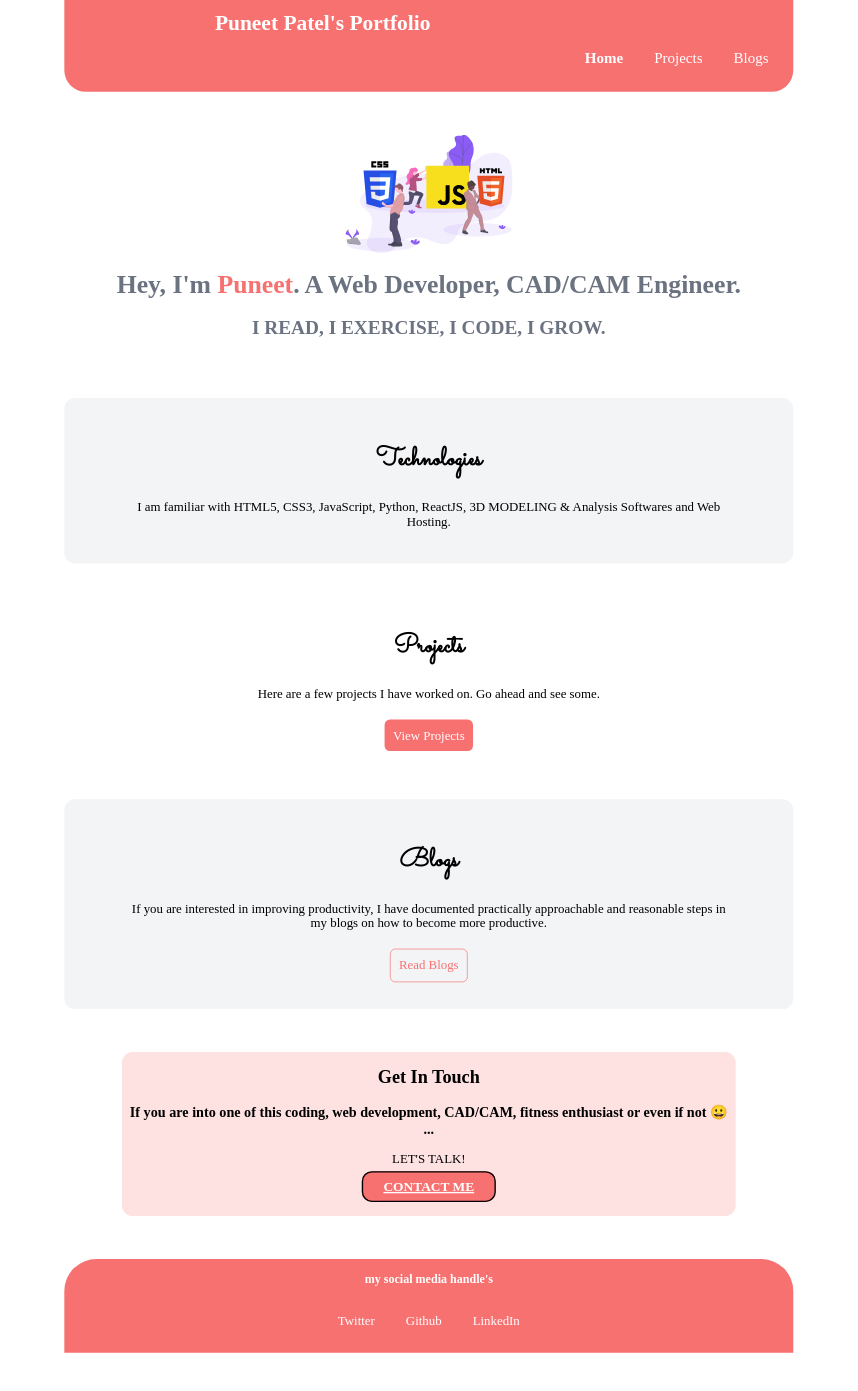
Repository: PuneetP16/Portfolio
Page: index.html
The author's editor kept a copy of each file at every save. The page is drawn from the files as they stood at one save, then again after the next save.
The browser window is 1280 px wide. The pictures show the whole page, at 67% of full size.
Some web fonts or font styles are not loaded; a fallback is used.

Above is the page before, as saved 2021-12-10 10:51:33.

### index.html
<!DOCTYPE html>
<html lang="en">

<head>
  <meta charset="UTF-8" />
  <meta name="viewport" content="width=device-width, initial-scale=1.0" />
  <title>Home | Puneet Patel's Portfolio</title>
  <link rel="stylesheet" href="/style.css" />
  <link rel="shortcut icon" href="favicon.ico" type="image/x-icon" />


</head>

<body>
  <nav class="navigation">
    <div class="nav-head">
      <a class="link-without-decoration" href="/"> Puneet Patel's Portfolio </a>
    </div>
    <ul class="list-non-bullet nav-pills">
      <li class="list-item-inline">
        <a class="link link-active" href="/">Home</a>
      </li>
      <li class="list-item-inline">
        <a class="link" href="projects.html">Projects</a>
      </li>
      <li class="list-item-inline">
        <a class="link" href="blogs.html">Blogs</a>
      </li>
    </ul>
  </nav>

  <header class="hero">
    <img class="hero-img" src="Images/hero.svg" alt="Welcome Home" />
    <h1 class="hero-heading">Hey, I'm <span>Puneet</span>. A Web Developer, CAD/CAM Engineer.</h1>
    <h2 class="hero-heading">
      I READ, I EXERCISE, I CODE, I GROW.
      <!-- I READ &#128218; <br>I RUN &#127939; I CODE &#x1F4BB; -->
    </h2>
  </header>

  <section class="section ow">
    <div class="container container-center">
      <h1>Technologies</h1>
      <p>I am familiar with HTML5, CSS3, JavaScript, Python, ReactJS, 3D MODELING & Analysis Softwares and Web Hosting.</p>
    </div>
  </section>

  <section class="section">
    <div class="container container-center">
      <h1>Projects</h1>
      <p>Here are a few projects I have worked on. Go ahead and see some.</p>
      <a class="link link-primary" href="projects.html">View Projects</a>
    </div>
  </section>

  <section class="section ow">
    <div class="container container-center">
      <h1>Blogs</h1>
      <p>
        If you are interested in improving productivity, I have documented practically approachable and reasonable steps in my blogs on how to become more productive.
      </p>
      <a class="link link-secondary" href="blogs.html">Read Blogs</a>
    </div>
  </section>
  <section class="section">
    <div class="contact-me container container-center">
      <h2 class="contact-title">Get In Touch</h2>
      <h3 class="contact-text">If you are into one of this coding, web development, CAD/CAM, fitness enthusiast or even if not &#128512; ...</h3>
      <p class="contact-message">LET'S TALK!</p>
      <a class="btn container container-center" href="mailto:patelpunit95@gmail.com">CONTACT ME</a>
    </div>
  </section>

  <footer class="footer">
    <div class="footer-header">my social media handle's</div>
    <ul class="social-links list-non-bullet">
      <li class="list-item-inline">
        <a class="link" href="https://twitter.com/PatelPuneet16" target="_blank">Twitter</a>
      </li>
      <li class="list-item-inline">
        <a class="link" href="https://github.com/PuneetP16" target="_blank">Github</a>
      </li>
      <li class="list-item-inline">
        <a class="link" href="https://www.linkedin.com/in/puneet-patel-96b607a0/" target="_blank">LinkedIn</a>
      </li>
    </ul>
  </footer>
</body>

</html>

### style.css
@import url('https://fonts.googleapis.com/css2?family=Fuzzy+Bubbles&family=Merriweather&family=Montserrat:ital,wght@0,400;1,500&family=Sacramento&display=swap');

:root {
  --primary-color: #F87171;
  --off-white: #f3f4f6;
  --dark-gray: #6b7280;
}

body {
  font-family: 'Fuzzy Bubbles', cursive;
  max-width: 85%;
  margin: 0px auto;
  font-size: 1.2rem;
}

.container {
  padding-left: 1rem;
  padding-right: 1rem;
}

.container-center {
  max-width: 900px;
  width: 100%;
  margin: auto;
}

.container-center h1 {
  font-family: 'Sacramento', cursive;
  font-size: 2.4rem;
}

hr {
  margin: 2rem 0;
}

/** links **/
.link {
  text-decoration: none;
  border-radius: 0.5rem;
  padding: 0.8rem 0.8rem;
  margin-top: 0.5rem;
  margin-bottom: 0.5rem;
  display: inline-block;
}

.link-primary {
  background-color: var(--primary-color);
  color: white;
}

.link-secondary {
  border: 1px solid var(--primary-color);
  color: var(--primary-color);
}

.link-without-decoration {
  display: block;
  text-decoration: none;
  color: white;
  font-size: 2rem;
  margin: auto;
  text-align: center;
  margin-right: 30%;
}

/** Lists **/
.list-non-bullet {
  list-style: none;
  padding-inline-start: 0px;
  margin-block-end: 0px;
}

.list-item-inline {
  display: inline;
  padding: 0rem 0.5rem;
}

.list-item-container {
  padding: 1rem;
  text-align: center;
  border-radius: 1rem;
  margin-top: 1rem;
  margin-bottom: 3rem;
}

/** Navigation **/
.navigation {
  background-color: var(--primary-color);
  color: white;
  padding: 1rem;
  margin-bottom: 2rem;
  border-bottom-left-radius: 2rem;
  border-bottom-right-radius: 2rem;
}

.navigation .nav-head {
  font-weight: bold;
  font-size: 1.2rem;
}

.navigation .nav-pills {
  text-align: right;
  margin-top: 0px;
}

.navigation .link {
  color: white;
  font-size: 1.4rem;
}

.navigation .link-active {
  font-weight: bold;
}

/** Header **/
.hero {
  padding: 2rem;
}

.hero .hero-img {
  max-width: 250px;
  display: block;
  margin: auto;
}

.hero .hero-heading {
  color: var(--dark-gray);
  text-align: center;
}

.hero .hero-heading span {
  color: var(--primary-color);
}
/** Sections **/

.section {
  margin-top: 2rem;
  padding: 2rem;
  border-radius: 1rem;
  text-align: center;
}

.section p {
  font-size: 1.2rem;
}

.ow {
  background-color: var(--off-white);
}

/** Footer **/
.footer {
  background-color: var(--primary-color);
  color: white;
  margin-top: 2rem;
  padding: 2rem;
  padding-top: 20px;
  padding-bottom: 16px;
  border-top-right-radius: 1rem;
  text-align: center;
  border-top-left-radius: 3rem;
  border-top-right-radius: 3rem;
}

.footer .footer-header {
  font-weight: bold;
  font-size: large;
}

.footer .link {
  color: white;
}

.footer .social-links {
  padding-inline-start: 0px;
  margin-top: 8 px;
}

/** Blog Styling **/

.blog-container {
  padding-left: 1rem;
  padding-right: 1rem;
}

.blog-container-center {
  max-width: 700px;
  width: 100%;
  margin: auto;
}

div .blog-paragraph {
  margin-top: 2rem;
  margin-bottom: 2rem;
  line-height: 1.6;
}

div .blog-h2 {
  margin-top: 2rem;
  margin-bottom: 2rem;
}

div .blog-img {
  width: 100%;
  display: block;
}

div .blog-head {
  padding: 1rem;
}

/** blog footer **/

.blog-footer {
  color: Black;
  margin-top: 2rem;
  padding: 2rem;
  border-top-right-radius: 1rem;
  text-align: center;
}

.blog-footer .link {
  color: blue;
}

.main-head {
  font-weight: normal;
  margin-bottom: 0.5rem;
}

.quotes {
  text-align: center;
  font-size: 1.6rem;
  color:darkcyan;
}

.contact-me {
  background-color:#FEE2E2;
  padding: 0.05rem 0.5rem 2rem 0.5rem;
  border-radius: 1rem;
  font-size: 1.13rem;
}


.contact-me .btn{
  /* text-align: center;
  width: auto; */
  border-radius: 15px;
  font-size: 20px;
  font-weight: 600;
  background-color: var(--primary-color);
  color: white;
  padding: 10px 30px;
  border: 2px solid #000000;
  margin: auto;
  margin-top: 1rem;
  cursor: pointer;
  max-width: 85%;
}

.contact-me .btn:hover{
  background-color: #5FA8D3;
  color: #1B4965;
}

After the next save:
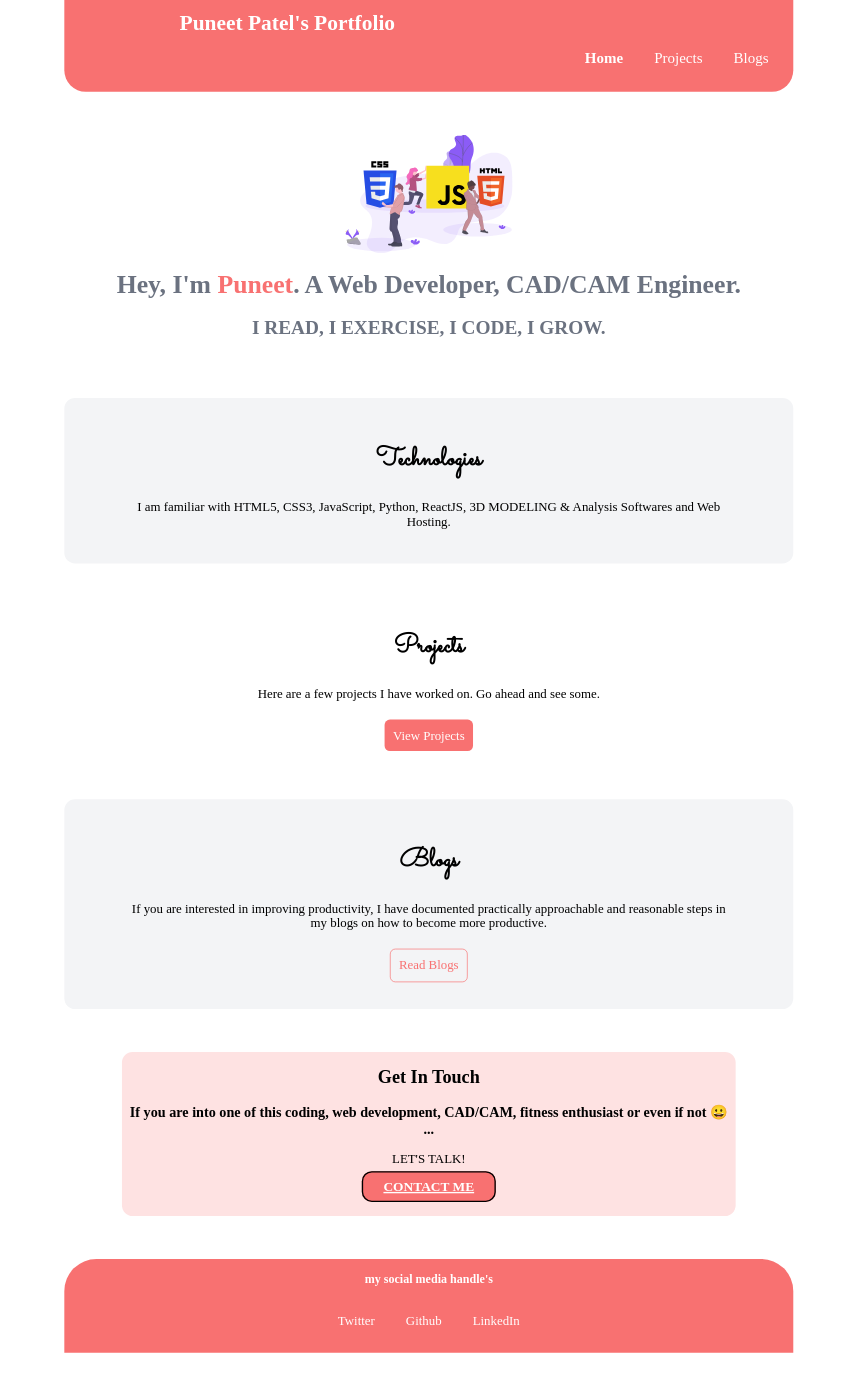
Saved 5 s later.
--- a/style.css
+++ b/style.css
@@ -60,7 +60,7 @@ hr {
   font-size: 2rem;
   margin: auto;
   text-align: center;
-  margin-right: 30%;
+  margin-right: 40%;
 }
 
 /** Lists **/
